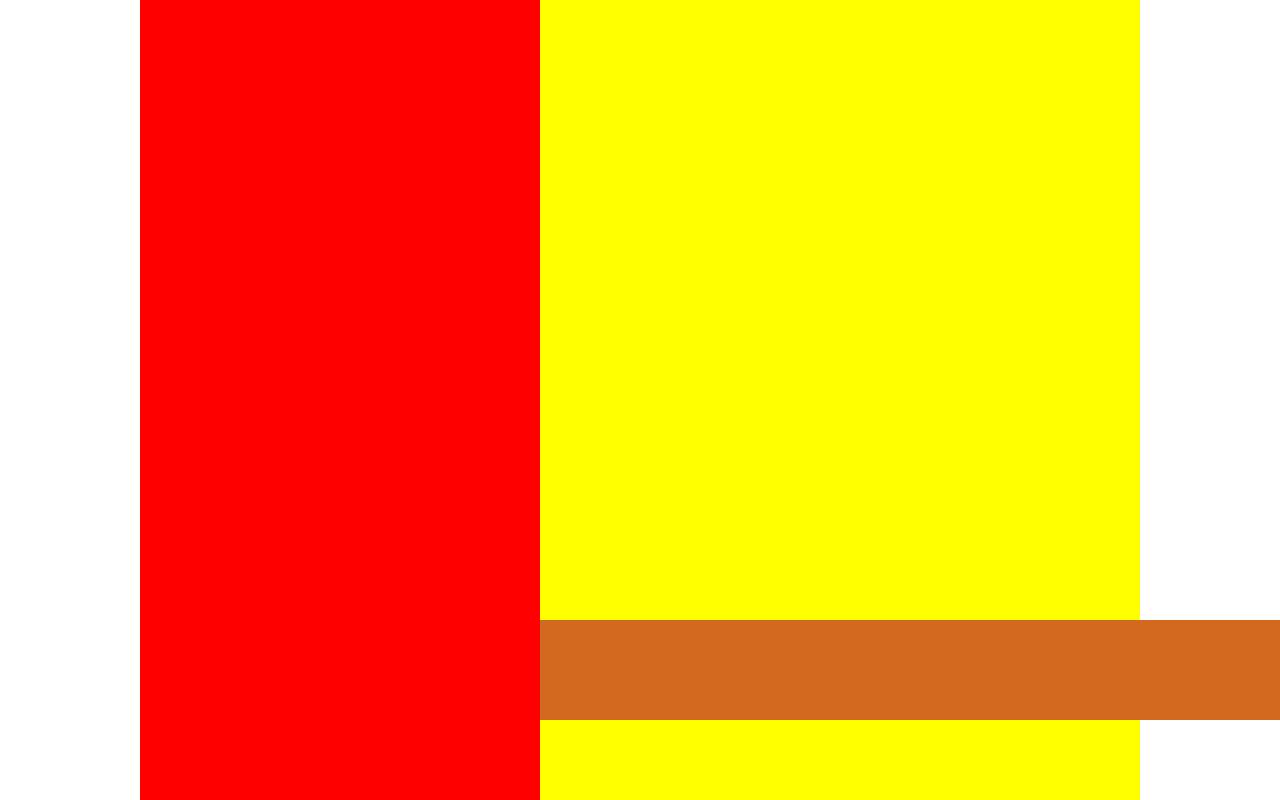
Repository: jinggegeZ/livechat
Page: /
These files come from the project's save history. The page is drawn as it stood at one moment and after the next save; the edit follows.
The browser window is 1280 px wide. The pictures show the whole page.
The project was rebuilt for these pictures with package versions that can differ from the ones it lists, and the page was loaded fresh each time.

Above is the page before, as saved 2020-08-17 10:55:28.

### src/App.vue
<template>
  <div id="app">

    <router-view/>
  </div>
</template>

<style lang="scss">
*{
  margin: 0;
  padding: 0;
}
</style>

### src/views/Home.vue
<template>
 <div class="content">
    <div class="content-c">
      <div class="box">
        <div class="box1"></div>

        <div class="box2">
          <div class="box2-1"></div>
          <div class="box2-2"></div>
        </div>
      </div>
    </div>
 </div>
</template>

<script>
 export default {
   name: '',
   props: {
   },
   components: {

   },
   data () {
     return {

     }
   },
   methods: {

   },
   mounted() {

   },
   watch: {

   },
   computed: {

   }
 }
</script>

<style scoped lang='scss'>
.content {
  width: 100%;
  display: flex;
  justify-content: center;
}
.content-c {
  width: 95%;
  display: flex;
  justify-content: center;
  align-items: center;
}
.box {
  width: 1000px;
  height: 800px;
  background: white;
  display: flex;

}
.box1 {
  flex: 4;
  height: 100%;
  background:red;
}
.box2 {
  flex: 6;
  height: 100%;
  background: yellow;

}
.box2-2 {
  position: fixed;
  bottom: 0;
  width: 100%;
  height: 100px;
  background: chocolate;
}
</style>

Loaded but not shown: public/index.html (common file); src/main.js (common file); src/router/index.js (common file); src/store/index.js (common file)

After the next save:
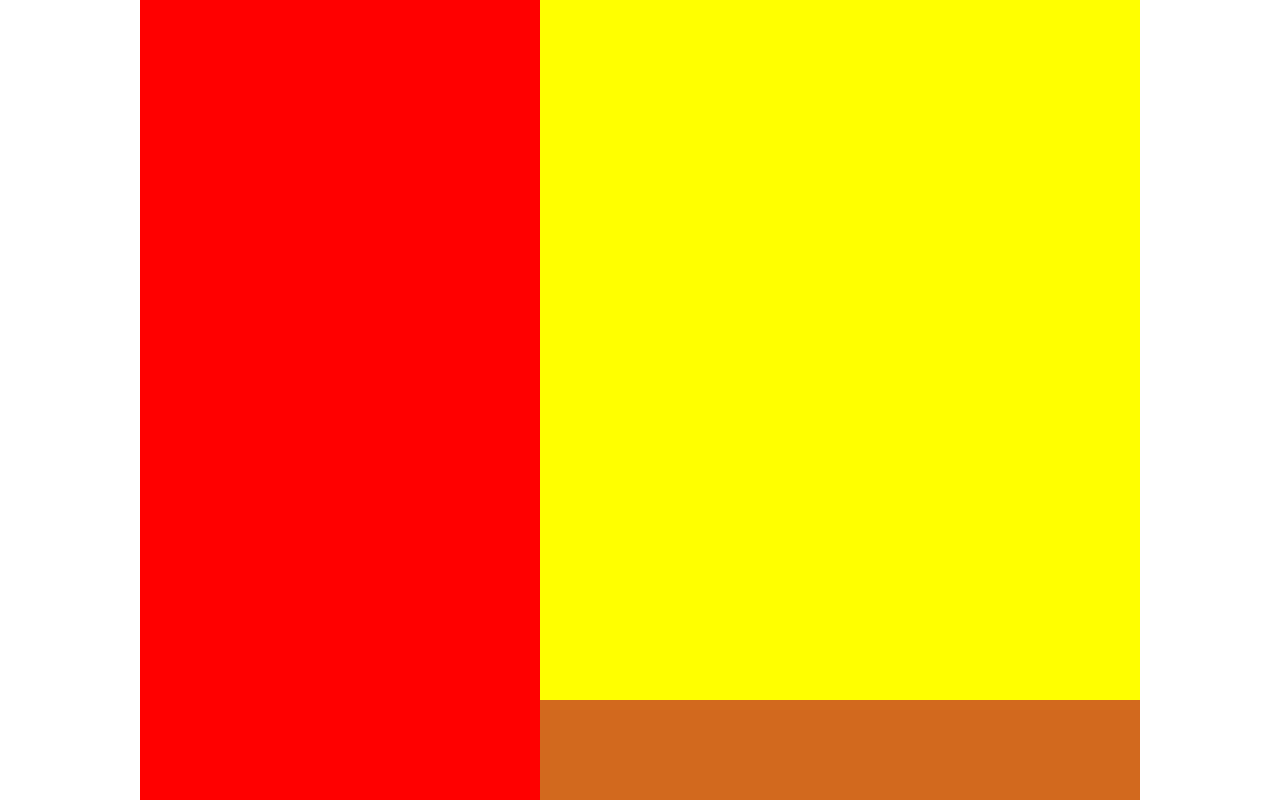
Saved 27 s later.
--- a/src/views/Home.vue
+++ b/src/views/Home.vue
@@ -69,10 +69,10 @@
   flex: 6;
   height: 100%;
   background: yellow;
-
+  position: relative;
 }
 .box2-2 {
-  position: fixed;
+  position: absolute;
   bottom: 0;
   width: 100%;
   height: 100px;
